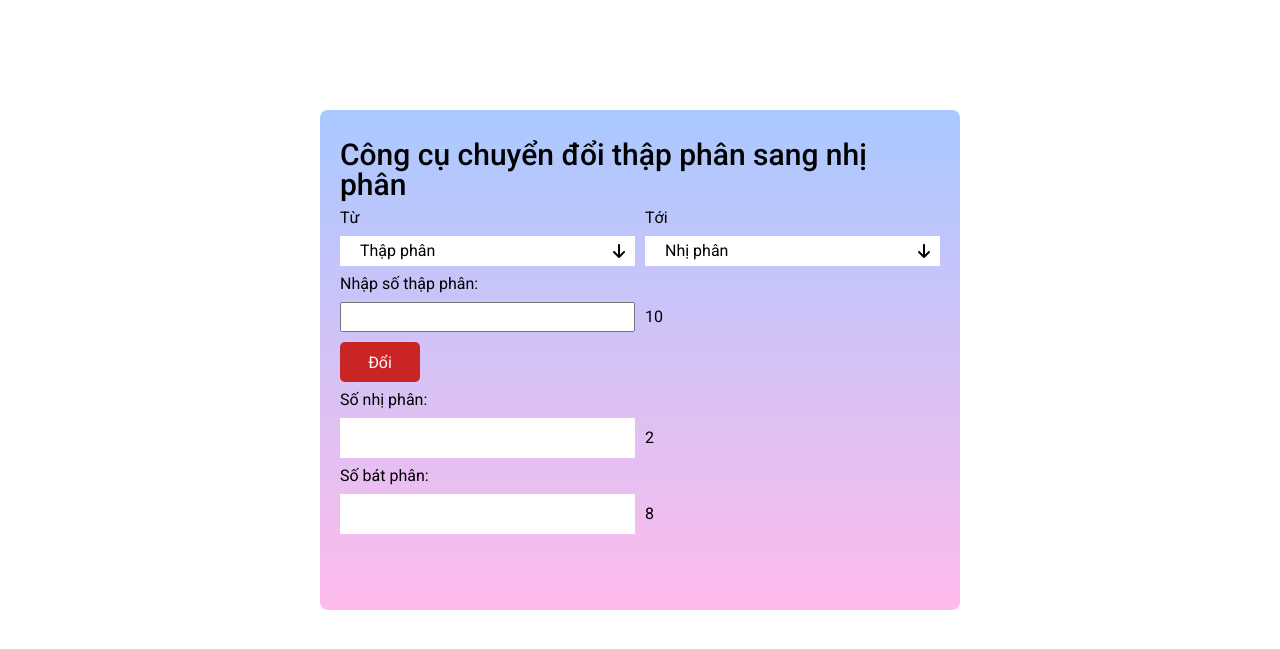
Repository: thuanpham00/covertNumber
Page: index.html
The author's editor kept a copy of each file at every save. The page is drawn from the files as they stood at one save, then again after the next save.
The browser window is 1280 px wide. The pictures show the whole page.
Some web libraries are served in a nearby version. The style sheet was rebuilt from its Sass, Less or Tailwind sources for each picture, by a compiler version that may differ from the author's.

Above is the page before, as saved 2023-11-05 16:36:47.
Console error: TypeError: Cannot read properties of null (reading 'addEventListener')

### index.html
<!DOCTYPE html>
<html lang="en">
    <head>
        <meta charset="UTF-8" />
        <meta name="viewport" content="width=device-width, initial-scale=1.0" />
        <title>Convert Number</title>
        <link rel="stylesheet" href="./assets/css/main.css" />
        <link rel="preconnect" href="https://fonts.googleapis.com" />
        <link rel="preconnect" href="https://fonts.gstatic.com" crossorigin />
        <link
            href="https://fonts.googleapis.com/css2?family=Roboto:wght@400;500;700;900&display=swap"
            rel="stylesheet"
        />
        <script src="https://kit.fontawesome.com/3115b3f4f1.js"></script>
    </head>
    <body>
        <div class="container">
            <h1 class="title">Công cụ chuyển đổi thập phân sang nhị phân</h1>
            <div class="row">
                <span class="row__desc">Từ</span>
                <span class="row__desc">Tới</span>
            </div>
            <div class="row">
                <div class="row__type">
                    <div class="row__item">Thập phân</div>
                    <div class="row__icon">
                        <i class="fa-solid fa-arrow-down"></i>
                    </div>
                </div>

                <div class="row__type">
                    <div class="row__item">Nhị phân</div>
                    <div class="row__icon">
                        <i class="fa-solid fa-arrow-down"></i>
                    </div>
                </div>
                <div class="list">

                </div>
            </div>
            <div class="container__wrapper">
                <div class="desc">Nhập số thập phân:</div>
                <form class="form" autocomplete="off">
                    <div class="row">
                        <input
                            type="text"
                            class="form__input"
                            name="numberInput"
                            required
                        />
                        <span>10</span>
                    </div>
                    <input type="submit" class="form__submit" value="Đổi" />
                </form>

                <div class="desc">Số nhị phân:</div>
                <div class="row">
                    <div class="result">
                        <span class="result__inner"></span>
                    </div>
                    <span>2</span>
                </div>
                <div class="desc">Số bát phân:</div>
                <div class="row">
                    <div class="result">
                        <span class="result__inner inner-2"></span>
                    </div>
                    <span>8</span>
                </div>
            </div>
        </div>

        <script src="./main.js"></script>
    </body>
</html>

### main.js
// // phần nguyên: integerPart
// // phần thập phân: decimalPart
window.addEventListener("load", function () {
    function convertDecimalToBinary(number) {
        let binary = [];
        let integerPart = Math.floor(number); // làm tròn xuống
        let decimalPart = number - integerPart;

        while (integerPart > 0) {
            let number1 = integerPart % 2;
            binary.unshift(number1);
            integerPart = Math.floor(integerPart / 2);
        }
        if (decimalPart > 0) {
            binary.push(".");

            let min = 0;
            let max = 16;
            while (decimalPart > 0 && min < max) {
                decimalPart = decimalPart * 2;
                let digit = Math.floor(decimalPart);
                binary.push(digit);
                decimalPart = decimalPart - digit;
                min++;
            }
        }
        return binary.join(""); // 8.625 (10) -> 1000.101 (2)
    }

    function convertDecimalToOctal(number) {
        let binary = [];
        let integerPart = Math.floor(number); // làm tròn xuống
        let decimalPart = number - integerPart;

        while (integerPart > 0) {
            let number1 = integerPart % 8;
            binary.unshift(number1);
            integerPart = Math.floor(integerPart / 8);
        }
        if (decimalPart > 0) {
            binary.push(".");

            let min = 0;
            let max = 16;
            while (decimalPart > 0 && min < max) {
                decimalPart = decimalPart * 8;
                let digit = Math.floor(decimalPart);
                binary.push(digit);
                decimalPart = decimalPart - digit;
                min++;
            }
        }
        return binary.join(""); // 11.25 (10) -> 13.2 (8)
    }
    const result = document.querySelector(".result__inner");
    const result2 = document.querySelector(".result__inner.inner-2");
    const form = document.querySelector(".form");
    form.addEventListener("submit", function (e) {
        e.preventDefault();
        const input = parseFloat(this.elements["numberInput"].value);
        result.textContent = convertDecimalToBinary(input);
        result2.textContent = convertDecimalToOctal(input);
    });

    const listType = document.querySelector(".row__list")
    listType.addEventListener("click", function(e) {
        const typeItem = e.target.querySelector(".row__type.type-2")
        typeItem.classList.add("type")
    })
});

### scss/main.scss
html,
body,
div,
span,
applet,
object,
iframe,
h1,
h2,
h3,
h4,
h5,
h6,
p,
blockquote,
pre,
a,
abbr,
acronym,
address,
big,
cite,
code,
del,
dfn,
em,
img,
ins,
kbd,
q,
s,
samp,
small,
strike,
strong,
sub,
sup,
tt,
var,
b,
u,
i,
center,
dl,
dt,
dd,
ol,
ul,
li,
fieldset,
form,
label,
legend,
table,
caption,
tbody,
tfoot,
thead,
tr,
th,
td,
article,
aside,
canvas,
details,
embed,
figure,
figcaption,
footer,
header,
hgroup,
menu,
nav,
output,
ruby,
section,
summary,
time,
mark,
audio,
video {
    margin: 0;
    padding: 0;
    border: 0;
    font-size: 100%;
    font: inherit;
    vertical-align: baseline;
}
/* HTML5 display-role reset for older browsers */
article,
aside,
details,
figcaption,
figure,
footer,
header,
hgroup,
menu,
nav,
section {
    display: block;
}
body {
    line-height: 1;
}
ol,
ul {
    list-style: none;
}
blockquote,
q {
    quotes: none;
}
blockquote:before,
blockquote:after,
q:before,
q:after {
    content: "";
    content: none;
}
table {
    border-collapse: collapse;
    border-spacing: 0;
}

*,
::after,
::before {
    box-sizing: border-box;
}

html {
    font-size: 62.5%;
}

body {
    background: #fff;
    font-size: 1.6rem;
    font-family: "Roboto", sans-serif;
}

input,
select,
textarea,
button {
    font-size: inherit;
    font-family: inherit;
}

.container {
    background-color: #a9c9ff;
    background-image: linear-gradient(180deg, #a9c9ff 0%, #ffbbec 100%);

    border-radius: 8px;
    padding: 10px 20px;
    height: 500px;
    position: absolute;
    top: 50%;
    left: 50%;
    transform: translate(-50%, -50%);

    .title {
        margin-top: 20px;
        font-size: 3rem;
        font-weight: 500;
    }

    .row {
        margin-top: 10px;
        display: grid;
        align-items: center;
        grid-template-columns: 1fr 1fr;
        column-gap: 10px;

        .row__type {
            display: flex;
            align-items: center;
            justify-content: space-between;
            padding-left: 20px;
            padding-right: 10px;
            height: 30px;
            width: 100%;
            background: #fff;

            pointer-events: none;

            > i {
                font-size: 0.6rem;
            }
        }

        .result {
            width: 100%;
            height: 40px;
            background: #fff;
            display: flex;
            align-items: center;
            padding-left: 20px;
        }
    }

    .desc {
        margin-top: 10px;
    }

    .form__input {
        height: 30px;
        padding: 5px 0px 5px 20px;
        outline: none;
    }

    .form__submit {
        margin-top: 10px;
        width: 80px;
        height: 40px;
        border-radius: 5px;
        background: #c92525;
        color: #fff;
        outline: none;
        border: none;
    }
}

.row__type.type-2 {
    display: block;
}

After the next save:
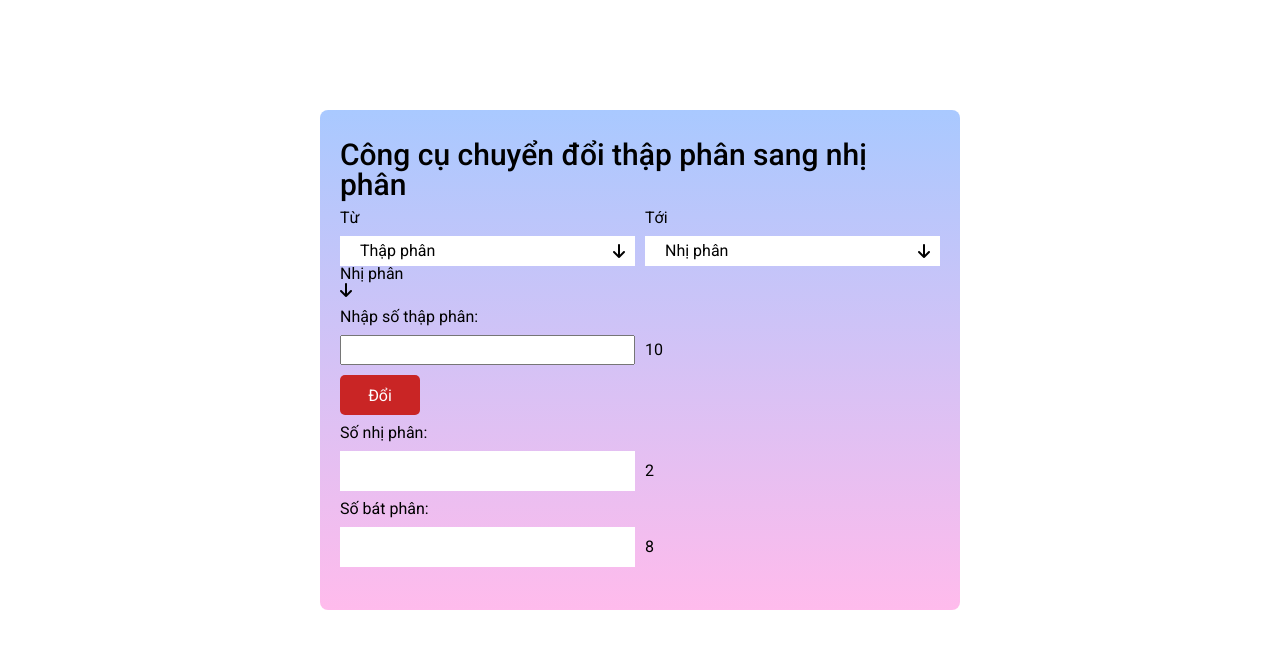
Saved 8 s later.
--- a/index.html
+++ b/index.html
@@ -35,7 +35,10 @@
                     </div>
                 </div>
                 <div class="list">
-
+                    <div class="row__item">Nhị phân</div>
+                    <div class="row__icon">
+                        <i class="fa-solid fa-arrow-down"></i>
+                    </div>
                 </div>
             </div>
             <div class="container__wrapper">
